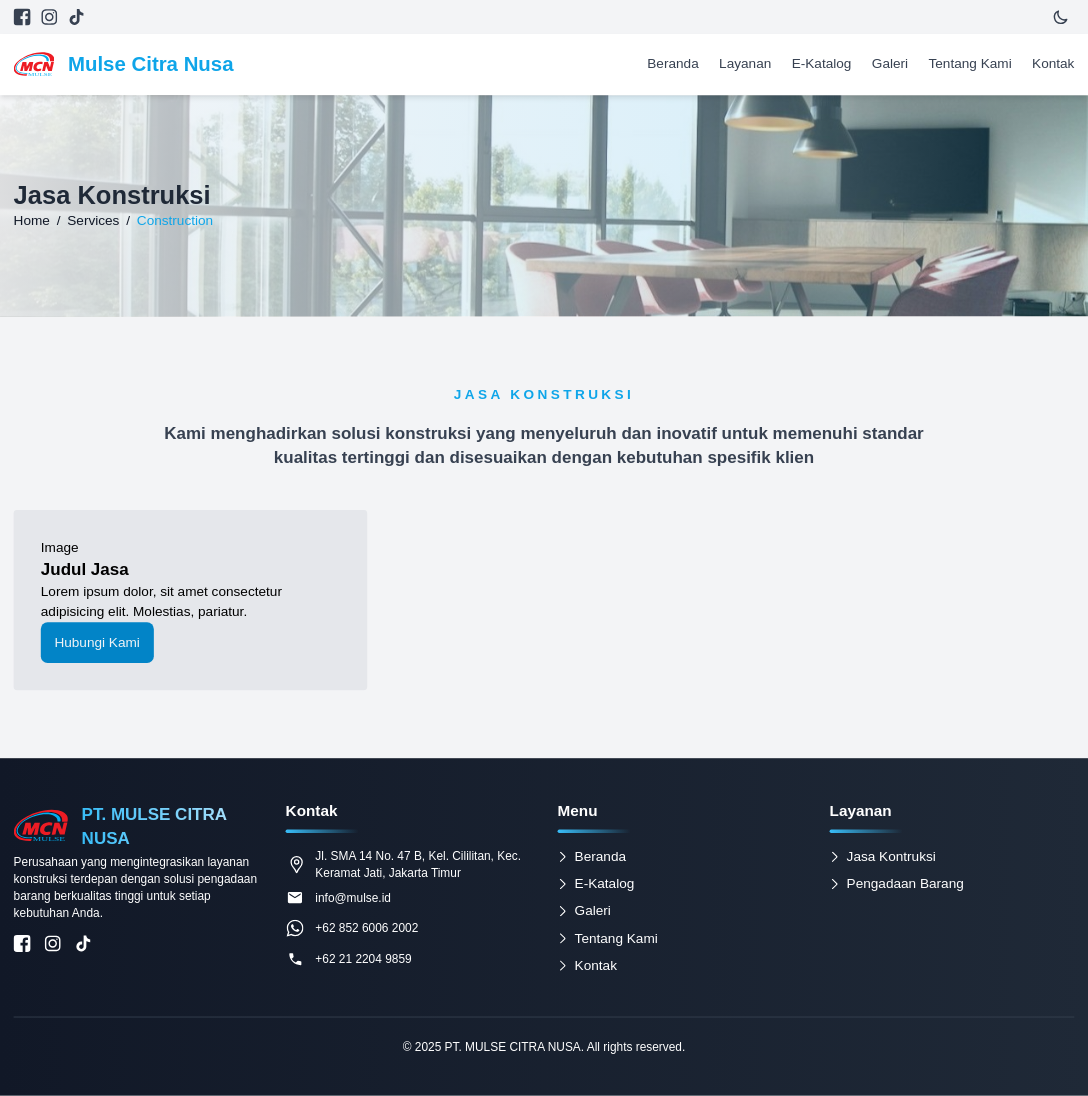
Repository: PrasBaldin/next-mulse
Page: /services/construction
An editor plug-in stored every save of this project. The page is shown before and after the next save, followed by the edit.
The browser window is 1280 px wide. The pictures show the whole page, at 85% of full size.
The project was rebuilt for these pictures with package versions that can differ from the ones it lists, and the page was loaded fresh each time. The framework's server and built-in components were replaced by stand-ins that run in the browser. Also part of the build but not shown: next.config.ts.

Above is the page before, as saved 2025-02-26 13:34:56.

### app/layout.tsx
import type { Metadata } from "next";
import { Geist, Geist_Mono } from "next/font/google";
import "./globals.css";
import Navbar from "@/components/navbar";
import Footer from "@/components/footer";

const geistSans = Geist({
  variable: "--font-geist-sans",
  subsets: ["latin"],
});

const geistMono = Geist_Mono({
  variable: "--font-geist-mono",
  subsets: ["latin"],
});

export const metadata: Metadata = {
  title: "Mulse",
  description: "Selamat datang di PT. Mulse Citra Nusa, kami menyediakan barang dan jasa sesuai kebutuhan Anda.",
};

export default function RootLayout({
  children,
}: Readonly<{
  children: React.ReactNode;
}>) {
  return (
    <html lang="en">
      <body className={`${geistSans.variable} ${geistMono.variable} antialiased`} >
        <Navbar />
        {children}
        <Footer />
      </body>
    </html>
  );
}

### app/services/construction/page.tsx
import Link from "next/link";

const ConstructionPage = () => {
  return (
    <>
      <section className="mt-[72px] lg:mt-[112px]">
        <div className="banner">
          <div className="banner-mask"></div>
          <div className="container z-[1] relative">
            <div className="banner-content">
              <h4 className="text-3xl font-bold text-gray-800 dark:text-gray-100 transition duration-500 ease-in-out">
                Jasa Konstruksi
              </h4>
              <ul className="breadcrumbs">
                <li>
                  <Link
                    href="/"
                    className="text-gray-900 dark:text-gray-100 transition duration-500 ease-in-out"
                  >
                    Home
                  </Link>
                </li>
                <li className="text-gray-900 dark:text-gray-100 transition duration-500 ease-in-out">
                  /
                </li>
                <li>
                  <Link
                    href="/"
                    className="text-gray-900 dark:text-gray-100 transition duration-500 ease-in-out"
                  >
                    Services
                  </Link>
                </li>
                <li className="text-gray-900 dark:text-gray-100 transition duration-500 ease-in-out">
                  /
                </li>
                <li>
                  <Link href="/gallery" className="text-sky-500">
                    Construction
                  </Link>
                </li>
              </ul>
            </div>
          </div>
        </div>
      </section>
      <section className="py-20">
        <div className="container">
          <div className="mb-10 text-center">
            <h4 className="mb-3 text-sky-500 font-semibold tracking-[.25em] uppercase">
              Jasa Konstruksi
            </h4>
            <h3 className="py-2 my-2 mx-auto w-full md:w-3/4 text-gray-700 dark:text-gray-100 transition duration-500 ease-in-out text-xl font-semibold">
              Kami menghadirkan solusi konstruksi yang menyeluruh dan inovatif
              untuk memenuhi standar kualitas tertinggi dan disesuaikan dengan
              kebutuhan spesifik klien
            </h3>
          </div>
          <div className="service-content grid grid-cols-2 md:grid-cols-3">
            <div className="card bg-gray-200 rounded p-8">
              <div className="card-img">
                <span>Image</span>
              </div>
              <div className="card-title text-xl font-semibold">
                <h4>Judul Jasa</h4>
              </div>
              <div className="card-desc">
                <p>
                  Lorem ipsum dolor, sit amet consectetur adipisicing elit.
                  Molestias, pariatur.
                </p>
              </div>
              <button className="btn btn-primary">Hubungi Kami</button>
            </div>
          </div>
        </div>
      </section>
    </>
  );
};

export default ConstructionPage;

### app/globals.css
@tailwind base;
@tailwind components;
@tailwind utilities;

:root {
  --background: #ffffff;
  --foreground: #171717;
}

@media (prefers-color-scheme: dark) {
  :root {
    --background: #0a0a0a;
    --foreground: #ededed;
  }
}

body {
  font-family: Arial, Helvetica, sans-serif;
  @apply bg-gray-100 dark:bg-gray-700;
}

.container {
  @apply mx-auto px-4;
}

.btn {
  @apply px-4 py-3 rounded-lg transition duration-500 ease-in-out;
}

.btn-primary {
  @apply bg-sky-600 hover:bg-sky-700 dark:hover:bg-sky-700 text-gray-100 hover:text-gray-300;
}

.btn-secondary {
  @apply bg-gray-100 hover:bg-gray-300 dark:hover:bg-gray-300 text-gray-800;
}

.btn-primary-border {
  @apply bg-transparent hover:bg-sky-500 dark:hover:bg-sky-500 border-2 border-sky-500 text-sky-500 dark:text-sky-500 hover:text-white dark:hover:text-white;
}

.banner {
  background-image: url("/img/banner-2.jpg");
  background-size: cover;
  @apply py-[100px] relative;
}

.banner-mask {
  @apply absolute inset-0 bg-gradient-to-r from-gray-100/90 to-sky-500/20 dark:from-gray-800/90 dark:to-sky-500/20 transition duration-500 ease-in-out z-[0];
}

.breadcrumbs {
  @apply flex gap-2 font-medium;
}

### components/navbar.css
.utility-bar {
  @apply hidden lg:block absolute top-0 w-full py-1 bg-gray-100 dark:bg-gray-700 transition duration-500 ease-in-out z-10;
}

.utility-content {
  @apply w-auto flex gap-2;
}

.social-media-link {
  @apply mr-3 text-gray-700 dark:text-gray-100 hover:text-sky-500 dark:hover:text-sky-500 transition duration-300;
}

.navbar {
  @apply bg-white dark:bg-gray-800 transition duration-500 ease-in-out shadow-md top-0 lg:top-[40px] fixed lg:absolute w-full z-20;
}

.nav-link {
  @apply text-gray-700 hover:text-sky-500 dark:hover:text-sky-500 dark:text-gray-100 py-5 transition duration-500 ease-in-out border-b-2 border-transparent hover:border-sky-500 flex items-center;
}

.nav-dropdown {
  @apply bg-white dark:bg-gray-800 absolute top-[4rem] -left-2 w-auto pt-2 p-3 border-2 border-sky-300 dark:border-sky-800 border-t-sky-500 dark:border-t-sky-500 shadow-xl rounded-lg overflow-visible transition-all duration-300 transform;
}

.nav-link-dropdown {
  @apply text-gray-700 hover:text-sky-500 dark:hover:text-sky-500 dark:text-gray-100 pt-2 pb-1 transition duration-500 ease-in-out hover:bg-gray-100 dark:hover:bg-gray-700 rounded border-b border-gray-200 hover:border-sky-500 block mt-2 px-2;
}

.nav-link-mobile {
  @apply hover:bg-gray-100 dark:hover:bg-gray-700 text-gray-700 hover:text-sky-500 dark:hover:text-sky-500 dark:text-gray-100 py-2 pl-2 border-b border-gray-200 hover:border-sky-500 rounded transition;
}

.hamburger {
  @apply absolute w-6 h-[3px] bg-gray-800 dark:bg-gray-100 rounded transition duration-500 ease-in-out;
}

.dropdown-arrow {
  @apply border-b-2 border-r-2 border-gray-700 dark:border-gray-100 ml-2 w-3 h-3 transition duration-500 ease-in-out;
}

.nav-link-mobile:hover .dropdown-arrow {
  @apply border-sky-500;
}

### components/toggleDarkMode.tsx
"use client";
import { useState, useEffect } from "react";
import IconDarkMode from "../app/_assets/icon/iconDarkmode";
import IconLightMode from "../app/_assets/icon/iconLightmode";

import "./toggleDarkMode.css";

const ToggleDarkMode = () => {
  const [isDarkMode, setIsDarkMode] = useState(false);
  useEffect(() => {
    const storedTheme = localStorage.getItem("theme");
    setIsDarkMode(storedTheme === "dark");
  }, []);

  useEffect(() => {
    if (isDarkMode) {
      document.documentElement.classList.add("dark");
      localStorage.setItem("theme", "dark");
    } else {
      document.documentElement.classList.remove("dark");
      localStorage.setItem("theme", "light");
    }
  }, [isDarkMode]);

  return (
    <>
      {/* Mobile */}
      <button
        onClick={() => setIsDarkMode(!isDarkMode)}
        className="lg:hidden btn h-11 flex items-center"
        style={{ padding: ".5rem" }}
      >
        <div className="block">
          <div className="absolute flex items-center gap-2">
            <div
              className={`toggle-dark-mode-mobile gap-2 ${
                isDarkMode ? "opacity-100 rotate-0" : "opacity-0 rotate-90"
              }`}
            >
              <IconLightMode />
            </div>
            <span
              className={`text-gray-700 dark:text-gray-300 ${
                isDarkMode ? "opacity-100" : "opacity-0"
              }`}
            >
              Light Mode
            </span>
          </div>
          <div className="flex items-center gap-2">
            <div
              className={`toggle-dark-mode-mobile gap-2 ${
                isDarkMode ? "opacity-0 -rotate-90" : "opacity-100 rotate-0"
              }`}
            >
              <IconDarkMode />
            </div>
            <span
              className={`text-gray-700 dark:text-gray-300 ${
                isDarkMode ? "opacity-0" : "opacity-100"
              }`}
            >
              Night Mode
            </span>
          </div>
        </div>
      </button>

      {/* Desktop */}
      <button
        onClick={() => setIsDarkMode(!isDarkMode)}
        className="btn hidden lg:block btn w-8 h-8 relative overflow-hidden"
      >
        <div
          className={`toggle-dark-mode ${
            isDarkMode ? "opacity-100 rotate-0" : "opacity-0 rotate-90"
          }`}
        >
          <IconLightMode />
        </div>
        <div
          className={`toggle-dark-mode ${
            isDarkMode ? "opacity-0 -rotate-90" : "opacity-100 rotate-0"
          }`}
        >
          <IconDarkMode />
        </div>
      </button>
    </>
  );
};

export default ToggleDarkMode;

### components/footer.css
footer table tr a {
    @apply transition duration-300
}

footer table tr:hover a {
    @apply text-sky-400
}

### app/_assets/icon/iconDarkmode.tsx
import React from "react";

const IconDarkmode = () => {
    return (
        <svg xmlns="http://www.w3.org/2000/svg" className="h-5 w-5 text-gray-700 dark:text-gray-100" fill="none" viewBox="0 0 24 24" stroke="currentColor">
            <path strokeLinecap="round" strokeLinejoin="round" strokeWidth={2} d="M20.354 15.354A9 9 0 018.646 3.646 9.003 9.003 0 0012 21a9.003 9.003 0 008.354-5.646z" />
        </svg>
    )
}

export default IconDarkmode

### app/_assets/icon/iconLightmode.tsx
import React from "react";

const IconLightMode = () => {
    return (
        <svg xmlns="http://www.w3.org/2000/svg" className="h-5 w-5 text-gray-100" fill="none" viewBox="0 0 24 24" stroke="currentColor">
            <path strokeLinecap="round" strokeLinejoin="round" strokeWidth="2" d="M12 3v1m0 16v1m9-9h-1M4 12H3m15.364 6.364l-.707-.707M6.343 6.343l-.707-.707m12.728 0l-.707.707M6.343 17.657l-.707.707" />
            <circle cx="12" cy="12" r="3" stroke="currentColor" strokeWidth="2" fill="none" />
        </svg>
    )
}

export default IconLightMode

### components/toggleDarkMode.css
.toggle-dark-mode {
    @apply absolute top-0 bottom-0 left-0 right-0 flex items-center justify-center transition-all duration-500 transform
}

.toggle-dark-mode-mobile {
    @apply flex items-center justify-center transition-all duration-500 transform
}

### tailwind.config.ts
import type { Config } from "tailwindcss";

export default {
  darkMode: 'class',
  content: [
    "./pages/**/*.{js,ts,jsx,tsx,mdx}",
    "./components/**/*.{js,ts,jsx,tsx,mdx}",
    "./app/**/*.{js,ts,jsx,tsx,mdx}"
  ],
  theme: {
    extend: {
      width: {
        '11': '2.75rem',
      },
      height: {
        '11': '2.75rem',
      },
      colors: {
        background: "var(--background)",
        foreground: "var(--foreground)",
      },
    },
  },
  plugins: [],
} satisfies Config;

Loaded but not shown: components/footer.tsx (503 lines, source omitted); components/navbar.tsx (283 lines, source omitted)

After the next save:
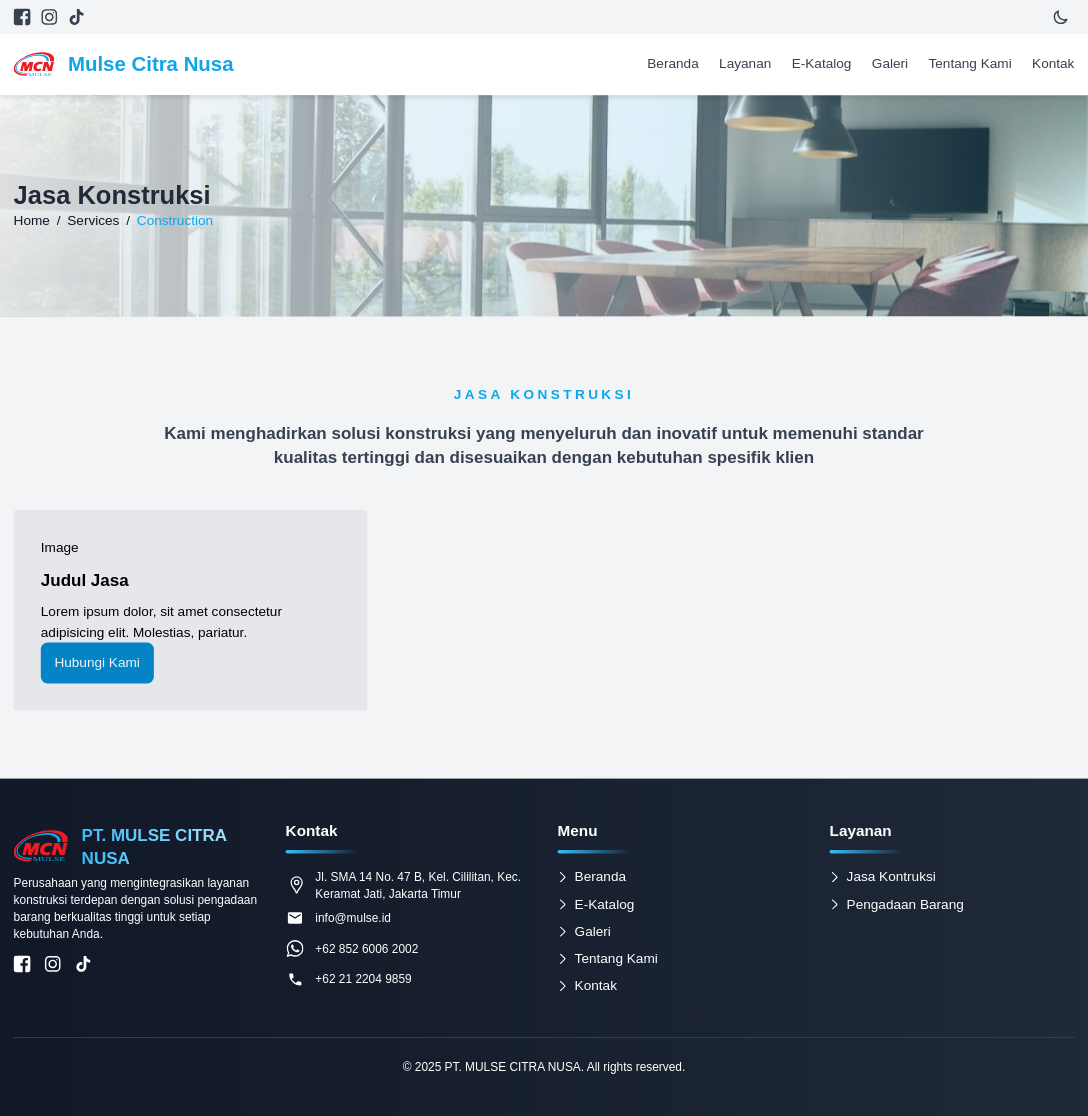
Saved 9 s later.
--- a/app/services/construction/page.tsx
+++ b/app/services/construction/page.tsx
@@ -61,7 +61,7 @@
               <div className="card-img">
                 <span>Image</span>
               </div>
-              <div className="card-title text-xl font-semibold">
+              <div className="card-title text-xl font-semibold py-3">
                 <h4>Judul Jasa</h4>
               </div>
               <div className="card-desc">
